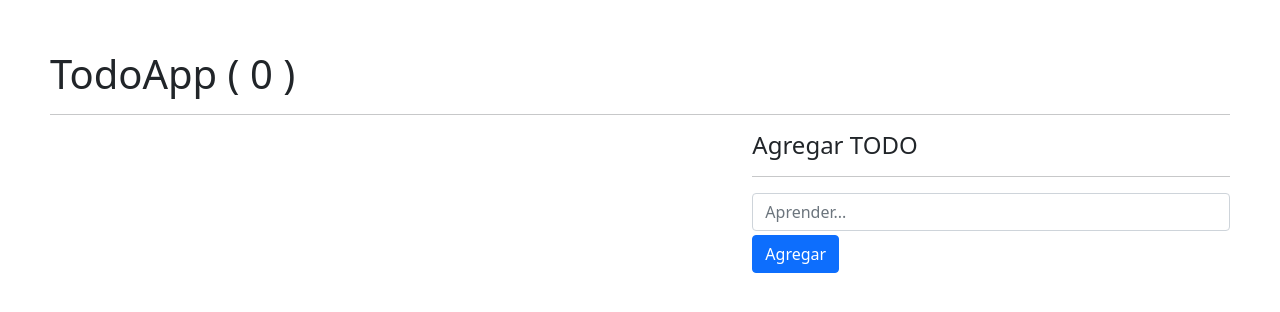
Repository: FlamesAlejandro/practicaReact
Page: /
An editor plug-in stored every save of this project. The page is shown before and after the next save, followed by the edit.
The browser window is 1280 px wide. The pictures show the whole page.
The project was rebuilt for these pictures with package versions that can differ from the ones it lists, and the page was loaded fresh each time. Also part of the build but not shown: src/components/08-useReducer/TodoListItem.js.

Above is the page before, as saved 2021-06-05 02:51:01.

After the next save:
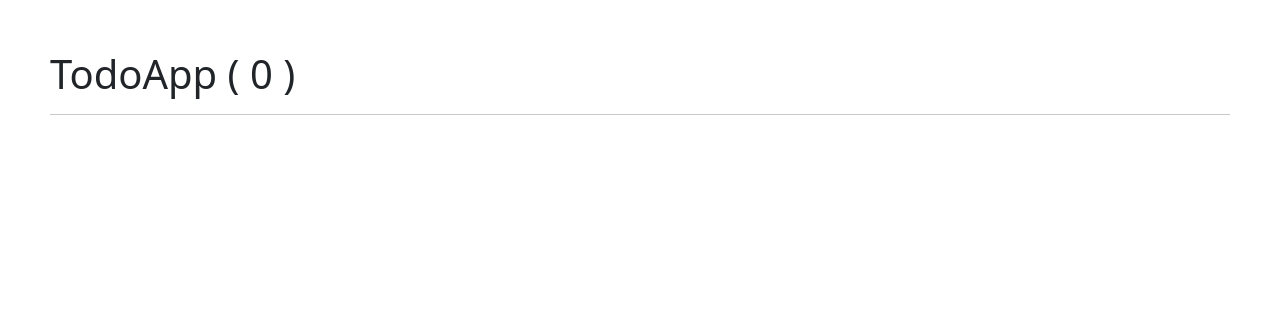
Saved 52 s later.
--- a/src/components/08-useReducer/TodoApp.js
+++ b/src/components/08-useReducer/TodoApp.js
@@ -91,27 +91,7 @@ export const TodoApp = () => {
                 </div>
 
                 <div className="col-5">
-                    <h4>Agregar TODO</h4>
-                    <hr />
 
-                    <form onSubmit={ handleSubmit }>
-                        <input
-                            type="text"
-                            name="description"
-                            className="form-control"
-                            placeholder="Aprender..."
-                            autoComplete="off"
-                            value = { description }
-                            onChange={ handleInputChange }
-                        />
-
-                        <button
-                        type="submit"
-                            className="btn btn-primary mt-1 btn-block"
-                        >
-                            Agregar
-                        </button>
-                    </form>
                 </div>
             </div>
 
